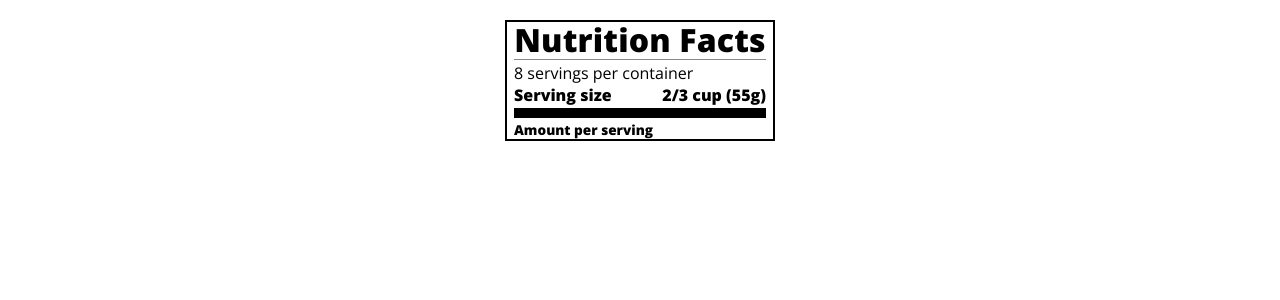
Repository: AimenDje/NutritionLabel
Page: index.html
The author's editor kept a copy of each file at every save. The page is drawn from the files as they stood at one save, then again after the next save.
The browser window is 1280 px wide. The pictures show the whole page.

Above is the page before, as saved 2025-08-30 22:23:17.

### index.html
<!DOCTYPE html>
<html lang="en">

<head>
  <meta charset="UTF-8">
  <title>Nutrition Label</title>
  <link rel="stylesheet" href="https://fonts.googleapis.com/css?family=Open+Sans:400,700,800">
  <link rel="stylesheet" href="styles.css">

</head>

<body>
  <div class="label">
    <header>
      <h1 class="bold">Nutrition Facts</h1>
      <div class="divider"></div>
      <p>8 servings per container</p>
      <p class="bold">Serving size <span>2/3 cup (55g)</span></p>
    </header>
    <div class="divider large"> </div>
    <div class="calories-info">
      <div class="left-container">
        <h2 class="bold small-text"> Amount per serving</h2>
      </div>
    </div>
  </div>
  </div>
</body>
</html>

### styles.css
*{
  box-sizing: border-box;
}

body{
  font-family:"Open Sans", sans-serif;
}

html{
  font-size:16px;
}

.label {
  border: 2px solid black;
  width: 270px;
  margin: 20px auto;
  padding : 0 7px;
}

header h1 {
  text-align: center;
  margin : -4px 0;
  letter-spacing : 0.15px;
}

p{
  margin : 0;
  display:flex;
  justify-content: space-between;
}

.divider{
  border-bottom: 1px solid #888989;
  margin : 2px 0;
}

.bold{
  font-weight: 800;
}

.large{
  height:10px;

}
.large, .medium{
  background-color:black;
  border:0;
}

.small-text{
  font-size: 0.85rem;
}

.calories-info h2{
  margin:0;
}

After the next save:
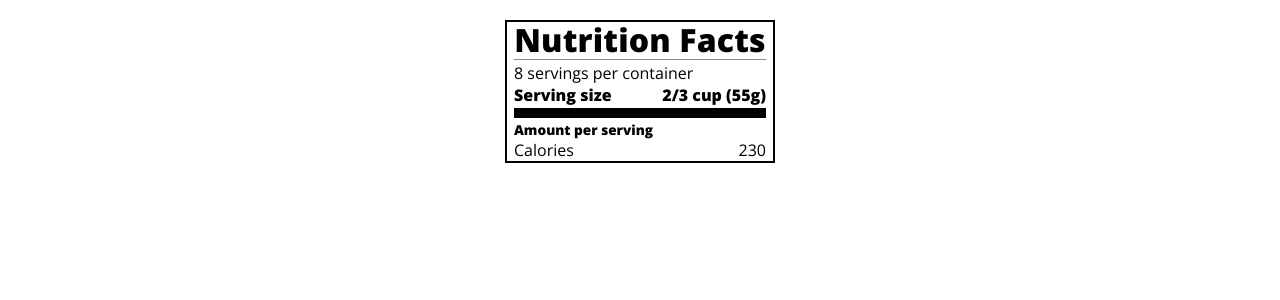
Saved 93 s later.
--- a/index.html
+++ b/index.html
@@ -18,9 +18,10 @@
       <p class="bold">Serving size <span>2/3 cup (55g)</span></p>
     </header>
     <div class="divider large"> </div>
-    <div class="calories-info">
+     <div class="calories-info">
       <div class="left-container">
-        <h2 class="bold small-text"> Amount per serving</h2>
+        <h2 class="bold small-text">Amount per serving</h2>
+        <p> Calories <span> 230 </span></p>
       </div>
     </div>
   </div>
